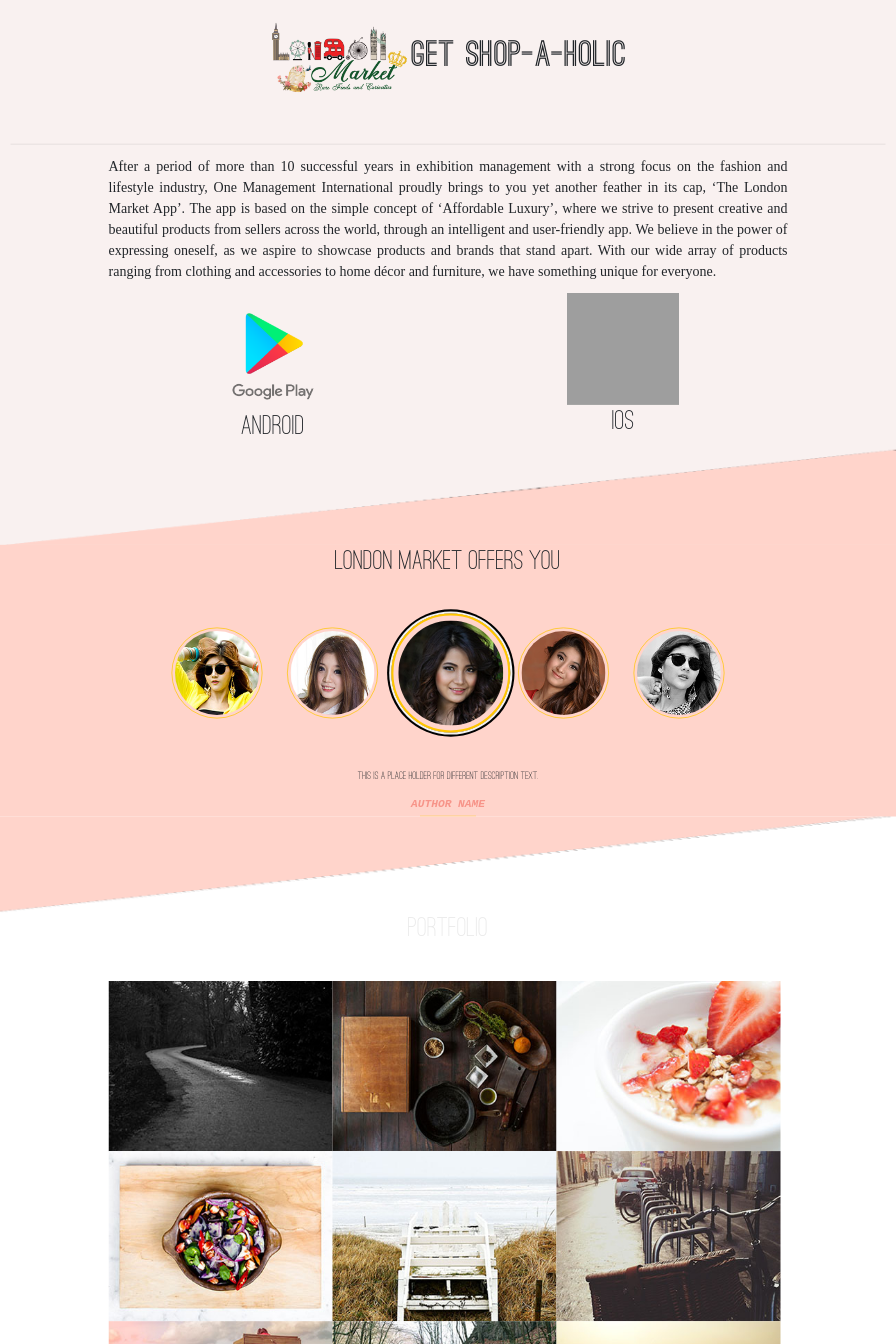
Repository: Demonster1999/newshoperrepo
Page: index.html
The author's editor kept a copy of each file at every save. The page is drawn from the files as they stood at one save, then again after the next save.
The browser window is 1280 px wide. The pictures show the part of the page from y = 719 to 2639 px (the page is 4088 px tall), at 70% of full size.
Pictures or frames that could not be fetched are drawn as grey boxes. Some web libraries are served in a nearby version.

Above is the page before, as saved 2020-07-21 13:46:27.
Console error: TypeError: Cannot read properties of null (reading 'getContext')

### index.html
<!DOCTYPE html>
<head>
	<meta charset="UTF-8">
	<title>London Market</title>
	<meta name="keywords" content="" />
	<meta name="description" content="" />
    <meta name="viewport" content="width=device-width, initial-scale=1.0">
    <!--
    	Roller Template
		http://www.london-market.com/preview/london-market_424_roller
	-->
	<link rel="stylesheet" href="https://fonts.googleapis.com/css2?family=Great+Vibes">
	<link href="http://fonts.googleapis.com/css?family=Open+Sans:300,400,700" rel="stylesheet" type="text/css">
	<!-- <link href="css/font-awesome.min.css" rel="stylesheet">FontAwesome Icons -->
	<link rel="stylesheet" href="https://cdnjs.cloudflare.com/ajax/libs/font-awesome/5.14.0/css/all.min.css"
		integrity="sha512-1PKOgIY59xJ8Co8+NE6FZ+LOAZKjy+KY8iq0G4B3CyeY6wYHN3yt9PW0XpSriVlkMXe40PTKnXrLnZ9+fkDaog=="
		crossorigin="anonymous" />
	<link rel="stylesheet" href="https://maxcdn.bootstrapcdn.com/bootstrap/4.0.0/css/bootstrap.min.css" integrity="sha384-Gn5384xqQ1aoWXA+058RXPxPg6fy4IWvTNh0E263XmFcJlSAwiGgFAW/dAiS6JXm" crossorigin="anonymous">
	<link rel="stylesheet" href="fonts/ostrich-sans.css">
	<link href="css/LondonMarket.css" rel="stylesheet" type="text/css">
	<link rel="stylesheet" href="css/into-to-app.css">
	<link rel="stylesheet" href="css/navbar.css">
	<link rel="stylesheet" href="css/carousel.css">

</head>
<body>
	<nav class="navbar custom-nav sticky-top p-0 m-0 ">
		<a class="navbar-brand mx-auto text-white" style="font-family: Great Vibes; font-size: 40px;" href="#">London Market</a>

	  </nav>

	<nav class="navbar third-nav navbar-expand-lg navbar-light bg-light">
		<div class="container">
			<button class="navbar-toggler navbar-toggler-icon" type="button" data-toggle="collapse" data-target="#navbarSupportedChontent"
			aria-controls="navbarSupportedContent" aria-expanded="false" aria-label="Toggle navigation">
			<span class=""></span>
		</button>


		<div class="collapse navbar-collapse" id="navbarSupportedContent">
			<ul class="navbar-nav  mr-auto text-center">

				<li class="nav-item">
					<a class=" " href="#">Register</a>
				</li>
				<li class="nav-item ">
					<a class="" href="#">login</a>
				</li>


		</div>
		<div class="  mr-auto ">
			<!-- social icons  -->
			<button class="fab fa-facebook-f"></button>
			<button class="fab fa-twitter"></button>
			<button class="fab fa-linkedin-in"></button>
			<button class="fab fa-instagram"></button>
			<button class="fab fa-youtube"></button>
		</div>
		</div>

	</nav>


	<!-- nav with dots  -->
	<nav class="nav">
        <ul>
            <li class="dot1 active" id="ec1" data-toggle="tooltip" data-placement="left" title="Tooltip on left"></li>
            <li class="dot2" id="ec2" data-toggle="tooltip" data-placement="left" title="Tooltip on left"></li>
            <li class="dot3" id="ec3"  data-toggle="tooltip" data-placement="left" title="Tooltip on left"></li>
			<li class="dot4" id="ec4"  data-toggle="tooltip" data-placement="left" title="Tooltip on left"></li>
			<li class="dot5" id="ec5"  data-toggle="tooltip" data-placement="left" title="Tooltip on left"></li>
			<li class="dot5" id="ec5"  data-toggle="tooltip" data-placement="left" title="Tooltip on left"></li>
        </ul>
    </nav>

		<section class="" id="home">
			<div id="demo" class="carousel slide" data-ride="carousel">
				<ul class="carousel-indicators">
					<li data-target="#demo" data-slide-to="0" class="active"></li>
					<li data-target="#demo" data-slide-to="1"></li>
					<li data-target="#demo" data-slide-to="2"></li>
					<!-- <li data-target="#demo" data-slide-to="3"></li> -->
				</ul>
				<div class="carousel-inner">
					<div class="carousel-item active">
						<img src="images/carousel/carousel1.jpg" alt="Los Angeles"   >
						<div class="carousel-caption">
							<h3>Los Angeles</h3>
							<p>We had such a great time in LA!</p>
						</div>
					</div>
					<div class="carousel-item">
						<img src="images/carousel/carousel4.jpg" alt="Chicago"  >
						<div class="carousel-caption">
							<h3>Chicago</h3>
							<p>Thank you, Chicago!</p>
						</div>
					</div>
					<div class="carousel-item">
						<img src="images/carousel/cp11.jpg" alt="Chicago" >
						<div class="carousel-caption">
							<h3>Chicago</h3>
							<p>Thank you, Chicago!</p>
						</div>
					</div>
					<!-- <div class="carousel-item">
						<img src="images/images/lmimages/Adobe_20200716_143015.png" alt="Chicago">
						<div class="carousel-caption">
							<h3>Chicago</h3>
							<p>Thank you, Chicago!</p>
						</div>
					</div> -->
					<!-- <div class="carousel-item">
						<img src="images/carousel/carousel3.jpg" alt="New York" class=" w-100" style="height: 300px; max-height: 500px;">
						<div class="carousel-caption">
							<h3>New York</h3>
							<p>We love the Big Apple!</p>
						</div>
					</div> -->
				</div>
				<a class="carousel-control-prev" href="#demo" data-slide="prev">
					<span class="carousel-control-prev-icon"></span>
				</a>
				<a class="carousel-control-next" href="#demo" data-slide="next">
					<span class="carousel-control-next-icon"></span>
				</a>
			</div>
		</section>

<section class=" intro-to-app container-fluid">
	<img src="images/tm-border-black-top.png" class="w-100 img-top" alt="">
	<div class="container-fluid text-center ">

		<img src="images/images/lmimages/lm.png" class="p-0 m-0" width=200px height="200px" alt="" >
		<h1 class="mx-auto  "> Get Shop-a-holic</h1>

		<hr>


		<div class="container ">
			<p class="lead text-justify">After a period of more than 10 successful years in exhibition management with a strong focus on the fashion and
			lifestyle industry, One Management International proudly brings to you yet another feather in its cap, ‘The London
			Market App’.
			The app is based on the simple concept of ‘Affordable Luxury’, where we strive to present creative and beautiful
			products from sellers across the world, through an intelligent and user-friendly app. We believe in the power of
			expressing oneself, as we aspire to showcase products and brands that stand apart. With our wide array of products
			ranging from clothing and accessories to home décor and furniture, we have something unique for everyone.
</p>
               <div class="row">
<div class="col-md-6 p-2 text-center">
	<a href="https://play.google.com/store/apps/details?id=com.prpwebs.londonmarket" class="h1"> <img src="images/logos/play store.png" class=" " width="160px" height="160px" alt="play">
		<center> Android</center>
	</a>
</div>
<div class="col-md-6 text-center">
	<a href="" class="h1"> <img src="images/logos/hiclipart.com.png" class=" " width="160px" height="160px" alt="app">
		<center>ios</center>
	</a>

</div>
			   </div>

		</div>
	</div>
	<img src="images/tm-border-black-bottom.png" class="w-100 imgbottom" alt="">
</section>

<section class="tm-dark-bg tm-section" id="portfolio">
			<div class="container">

<h1 class="text-uppercase text-center">London Market offers You </h1>
<div class="text-center margin-top-50 tm-testimonial-images-container">
	<div class="img-container col-md-2">
		<div class="tm-img-circle-border absolute-center"
			>
			<img src="images/testimonials/1.jpg" alt="Testimonial 1" class="img-circle tm-img-testimonial">
		</div>
	</div>
	<div class="img-container col-md-2">
		<div class="tm-img-circle-border absolute-center"
			data-comment="Morbi posuere metus quam, vitae tempus nulla vehicula eu. Etiam vitae nunc faucibus, iaculis tellus eu, molestie turpis. Nam quis consequat leo. Nulla ac erat in libero porta commodo. Phasellus fringilla pharetra ullamcorper."
			data-author="Alicia Nulla Act" id="author2">
			<img src="images/testimonials/2.jpg" alt="Testimonial 2" class="img-circle tm-img-testimonial">
		</div>
	</div>
	<div class="img-container col-md-2">
		<div class="tm-img-circle-border absolute-center active"
			data-comment="Suspendisse a maximus sem. Pellentesque consequat finibus metus a varius. Morbi placerat suscipit mi, in tincidunt ligula lobortis porttitor. Mauris mollis, ex sit amet sagittis elementum, tellus quam vestibulum ex, vitae cursus massa tortor et tortor."
			data-author="Dacilisis Luctus" id="author3">
			<img src="images/testimonials/3.jpg" alt="Testimonial 3" class="img-circle tm-img-testimonial">
		</div>

	</div>
	<div class="img-container col-md-2">
		<div class="tm-img-circle-border absolute-center"
			data-comment="Donec laoreet nisl vel nisi posuere tempus quis at tortor. Curabitur egestas elementum est sit amet gravida. Quisque maximus diam eu turpis malesuada, in interdum massa efficitur. Vestibulum blandit pellentesque ipsum a fermentum. Duis id rutrum leo."
			data-author="Jessica Nisi Vel" id="author4">
			<img src="images/testimonials/4.jpg" alt="Testimonial 4" class="img-circle tm-img-testimonial">
		</div>
	</div>
	<div class="img-container col-md-2">
		<div class="tm-img-circle-border absolute-center"
			data-comment="Integer aliquam nibh nulla, id elementum purus tempus quis. Etiam eu massa condimentum, consectetur turpis et, semper diam. Vivamus mauris ipsum, bibendum non tempor nec, ultricies a leo. Fusce eu efficitur diam. Praesent vel mi viverra leo finibus maximus sed in ipsum."
			data-author="Malicia Viva Fusce" id="author5">
			<img src="images/testimonials/5.jpg" alt="Testimonial 5" class="img-circle tm-img-testimonial">
		</div>
	</div>
</div>
<p class="text-center margin-top-50 tm-comment"><em>This is a place holder for different description text.</em></p>
<p class="text-uppercase text-center tm-author tm-orange-text">Author Name</p>
<hr class="tm-author-name-underline">

					</div>
		</section> <!-- portfolio -->
		<section class="tm-section bg-white" id="testimonials" >
			<img src="images/tm-border-black-top.png" alt="Border" class="tm-border">
			<div class="container">
					<div class="row">
						<div class="col-lg-12 col-md-12 col-sm-12 col-xs-12 text-center">
							<h1 class="tm-light-gray-text text-center text-uppercase">Portfolio</h1>
							<div class="tm-portfolio-images-container margin-top-50">
								<div class="tm-image-container">
									<div class="tm-portfolio-image-overlay text-center">
										<div class="absolute-center">
											<a href="#" class="fa fa-search"></a>
											<h2 class="text-uppercase tm-white-text">Lorem</h2>
											<p class="text-uppercase">sagittis</p>
										</div>
									</div>
									<img src="images/portfolio/01.jpg" alt="Portfolio 1">
								</div>
								<div class="tm-image-container">
									<div class="tm-portfolio-image-overlay">
										<div class="absolute-center">
											<a href="#" class="fa fa-search"></a>
											<h2 class="text-uppercase tm-white-text">Dimperdiet</h2>
											<p class="text-uppercase">Aliquam</p>
										</div>
									</div>
									<img src="images/portfolio/02.jpg" alt="Portfolio 2">
								</div>
								<div class="tm-image-container">
									<div class="tm-portfolio-image-overlay">
										<div class="absolute-center">
											<a href="#" class="fa fa-search"></a>
											<h2 class="text-uppercase tm-white-text">Pellentesque</h2>
											<p class="text-uppercase">noemer</p>
										</div>
									</div>
									<img src="images/portfolio/03.jpg" alt="Portfolio 3">
								</div>
								<div class="tm-image-container">
									<div class="tm-portfolio-image-overlay">
										<div class="absolute-center">
											<a href="#" class="fa fa-search"></a>
											<h2 class="text-uppercase tm-white-text">Aenean</h2>
											<p class="text-uppercase">pharetra</p>
										</div>
									</div>
									<img src="images/portfolio/04.jpg" alt="Portfolio 4">
								</div>
								<div class="tm-image-container">
									<div class="tm-portfolio-image-overlay">
										<div class="absolute-center">
											<a href="#" class="fa fa-search"></a>
											<h2 class="text-uppercase tm-white-text">condimentum</h2>
											<p class="text-uppercase">libero</p>
										</div>
									</div>
									<img src="images/portfolio/05.jpg" alt="Portfolio 5">
								</div>
								<div class="tm-image-container">
									<div class="tm-portfolio-image-overlay">
										<div class="absolute-center">
											<a href="#" class="fa fa-search"></a>
											<h2 class="text-uppercase tm-white-text">nulla</h2>
											<p class="text-uppercase">consectetur</p>
										</div>
									</div>
									<img src="images/portfolio/06.jpg" alt="Portfolio 6">
								</div>
								<div class="tm-image-container tm-show-hide">
									<div class="tm-portfolio-image-overlay">
										<div class="absolute-center">
											<a href="#" class="fa fa-search"></a>
											<h2 class="text-uppercase tm-white-text">Rondimentum</h2>
											<p class="text-uppercase">Sdui</p>
										</div>
									</div>
									<img src="images/portfolio/07.jpg" alt="Portfolio 7">
								</div>
								<div class="tm-image-container tm-show-hide">
									<div class="tm-portfolio-image-overlay">
										<div class="absolute-center">
											<a href="#" class="fa fa-search"></a>
											<h2 class="text-uppercase tm-white-text">imperdiet</h2>
											<p class="text-uppercase">Raugue</p>
										</div>
									</div>
									<img src="images/portfolio/08.jpg" alt="Portfolio 8">
								</div>
								<div class="tm-image-container tm-show-hide">
									<div class="tm-portfolio-image-overlay">
										<div class="absolute-center">
											<a href="#" class="fa fa-search"></a>
											<h2 class="text-uppercase tm-white-text">blandit</h2>
											<p class="text-uppercase">Aliquam</p>
										</div>
									</div>
									<img src="images/portfolio/09.jpg" alt="Portfolio 9">
								</div>
								<div class="tm-image-container tm-show-hide">
									<div class="tm-portfolio-image-overlay">
										<div class="absolute-center">
											<a href="#" class="fa fa-search"></a>
											<h2 class="text-uppercase tm-white-text">Praesent</h2>
											<p class="text-uppercase">Aliquam</p>
										</div>
									</div>
									<img src="images/portfolio/10.jpg" alt="Portfolio 10">
								</div>
								<div class="tm-image-container tm-show-hide">
									<div class="tm-portfolio-image-overlay">
										<div class="absolute-center">
											<a href="#" class="fa fa-search"></a>
											<h2 class="text-uppercase tm-white-text">Dimperdiet</h2>
											<p class="text-uppercase">Aliquam</p>
										</div>
									</div>
									<img src="images/portfolio/11.jpg" alt="Portfolio 11">
								</div>
								<div class="tm-image-container tm-show-hide">
									<div class="tm-portfolio-image-overlay">
										<div class="absolute-center">
											<a href="#" class="fa fa-search"></a>
											<h2 class="text-uppercase tm-white-text">Dimperdiet</h2>
											<p class="text-uppercase">Aliquam</p>
										</div>
									</div>
									<img src="images/portfolio/12.jpg" alt="Portfolio 12">
								</div>
							</div>
							<a href="javascript:;" class="tm-view-more tm-light-gray-text margin-top-50 text-center text-uppercase">View
								More</a>
						</div>
					</div>
			</div>
		</section> <!-- testimonials -->
		<section class="tm-section tm-orange-bg" id="contact" >
			<img src="images/tm-border-white-top.png" alt="Border" class="tm-border">
			<div class="container">
				<h1 class="text-uppercase text-center">Contact Us</h1>
				<p class="text-center margin-top-50">Phasellus sed rutrum quam. Aenean mollis nec metus quis fringilla. Aliquam interdum risus quis sem rhoncus, vel iaculis lorem pulvinar. Maecenas in lorem non quam bibendum auctor vel lobortis sem.</p>
				<div class="row margin-top-50">
					<div class="col-lg-6 col-md-6 col-sm-6 col-xs-12">
						<div id="map-canvas"></div>
					</div>
					<div class="col-lg-6 col-md-6 col-sm-6 col-xs-12">
						<form action="#" method="post" class="tm-contact-form">
							<div class="form-group">
								<input type="text" id="contact_name" class="form-control" placeholder="NAME..." />
							</div>
							<div class="form-group">
								<input type="text" id="contact_email" class="form-control" placeholder="EMAIL..." />
							</div>
							<div class="form-group">
								<input type="text" id="contact_subject" class="form-control" placeholder="SUBJECT..." />
							</div>
							<div class="form-group">
								<textarea id="contact_message" class="form-control" rows="8" placeholder="WRITE A MESSAGE..."></textarea>
							</div>
							<button type="submit" class="btn text-uppercase tm-dark-bg tm-orange-text tm-send-btn">Send</button>
						</form>
					</div>
				</div>
			</div>
			<img src="images/tm-border-black-bottom.png" alt="Border" class="tm-border">
		</section> <!-- contact -->


	<footer class="text-right tm-dark-bg">
		<p class="text-uppercase container small">Copyright &copy; 2084 <a href="#">Company Name</a></p>
	</footer>
	<script src="js/jquery-1.11.1.min.js" ></script>
	<!-- <script src="https://code.jquery.com/jquery-3.5.1.min.js"
		integrity="sha256-9/aliU8dGd2tb6OSsuzixeV4y/faTqgFtohetphbbj0=" crossorigin="anonymous"></script> -->
		<script src="https://cdnjs.cloudflare.com/ajax/libs/font-awesome/5.14.0/js/all.min.js"
			integrity="sha512-YSdqvJoZr83hj76AIVdOcvLWYMWzy6sJyIMic2aQz5kh2bPTd9dzY3NtdeEAzPp/PhgZqr4aJObB3ym/vsItMg=="
			crossorigin="anonymous"></script>
<script src="https://cdnjs.cloudflare.com/ajax/libs/popper.js/1.12.9/umd/popper.min.js" integrity="sha384-ApNbgh9B+Y1QKtv3Rn7W3mgPxhU9K/ScQsAP7hUibX39j7fakFPskvXusvfa0b4Q" crossorigin="anonymous"></script>
<script src="https://maxcdn.bootstrapcdn.com/bootstrap/4.0.0/js/bootstrap.min.js" integrity="sha384-JZR6Spejh4U02d8jOt6vLEHfe/JQGiRRSQQxSfFWpi1MquVdAyjUar5+76PVCmYl" crossorigin="anonymous"></script>
	<script src="js/LondonMarket.js"></script>
	<script src="js/scrollnav.js"></script>
</body>
</html>

### css/into-to-app.css
.intro-to-app{

    padding: 0;
    background-color:#F9F1F0;

}
.intro-to-app img{
    display: inline;
}
.intro-to-app h1{
    font-family: ostrich sans ;
    font-weight: bold;
    display: inline;
    font-size: 50px;

}
.intro-to-app p{
    font-family: hevletica;

}
.imgbottom{
    width: 200%;
    margin: 0;

    position: relative;

}

.img-top{
    margin: 0;
    position: relative;



}

### css/navbar.css
.custom-nav {
    background-color: #e2725b;

}
.custom-nav {
    color: #fff;
    font-size: 25px;

}

/* thirdnav  */
.third-nav a{
    color: black;
    font-family: 'Lucida Sans', 'Lucida Sans Regular', 'Lucida Grande', 'Lucida Sans Unicode', Geneva, Verdana, sans-serif;
    font-weight: bold;
    color: #e2725b;
}
.third-nav ul li{
    margin-left: 10%;
    margin-right: 10%;
}
.third-nav .fa-facebook-f,.fa-twitter,.fa-linkedin-in,.fa-instagram,.fa-youtube{
 margin-left: 5px;
  margin-right: 5px;
    color:#e2725b;

}

/* thirdnav end  */

.nav {
    position: fixed;
    top: 45%;
    bottom: 30%;
    right: 0;
	width: 60px;
	z-index: 50;
}

.nav ul {
	list-style: none;
}


.nav li {
    width: 10px;
	height: 10px;
	margin: 10px;
    border-radius: 100%;
    background-color: rosybrown;
    cursor: pointer;
    transition: .5s;
}

.dot1 {
    background-color: rgb(82, 43, 43);
}

.dot2 {
    background-color: rgb(24, 73, 44);
}

.dot3 {
    background-color: rgb(73, 58, 204);
}

.dot4 {
    background-color: rgb(58, 70, 31);
}

.active {
    box-shadow: 0 0 0 3px #fffffff1, 0 0 0 6px #000;
}

### css/carousel.css
#home .carousel-inner img {
    min-width: 100%;
    min-height: 320px;
    max-height: 500px;
    max-resolution: 0;
  }


  #home .carousel-inner .carousel-caption{
    position: absolute;
    font-size: 30px;
    background-color: rgba(0,0, 0, 0.3);
    width: 100%;
    margin: 0;
    left: 0;
    right: 0;
    height: 100%;
    top: 5px;

  }

    #home .carousel-inner .carousel-caption h3{
      position: relative;
      top: 40%;
      font-family:fantasy;

      font-size: 40px;
    }
    #home .carousel-inner .carousel-caption p{
      position: relative;
      top: 42%;
      font-family: Cambria, Cochin, Georgia, Times, 'Times New Roman', serif;

    }
    .carousel-control-prev,.carousel-control-next{
      z-index: 50;
    }

Loaded but not shown: fonts/ostrich-sans.css (common file); js/jquery-1.11.1.min.js (library); js/LondonMarket.js (359 lines, source omitted); js/scrollnav.js (48 lines, source omitted); css/LondonMarket.css (433 lines, source omitted)

After the next save:
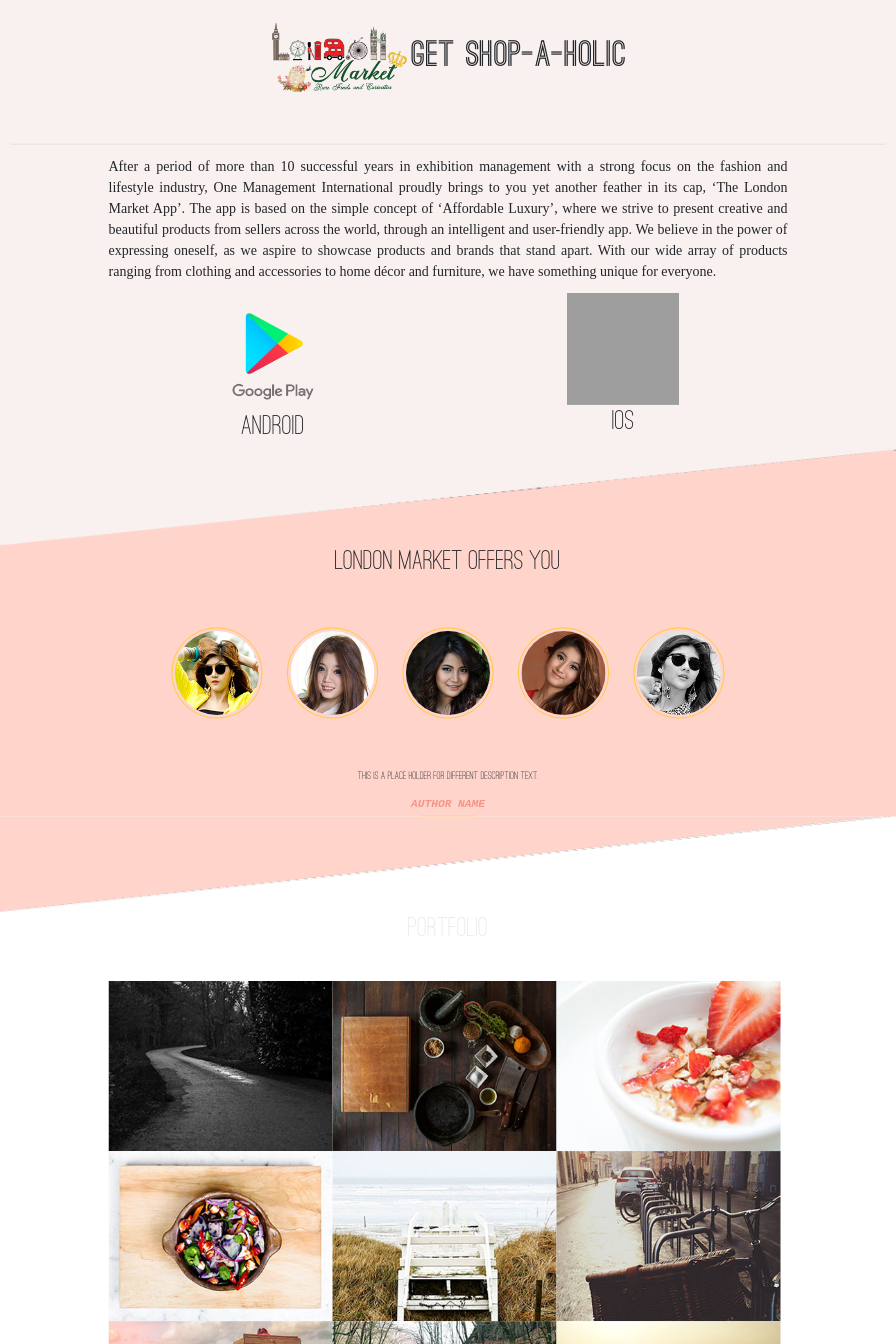
Saved 28 s later.
--- a/index.html
+++ b/index.html
@@ -185,7 +185,7 @@
 		</div>
 	</div>
 	<div class="img-container col-md-2">
-		<div class="tm-img-circle-border absolute-center active"
+		<div class="tm-img-circle-border absolute-center "
 			data-comment="Suspendisse a maximus sem. Pellentesque consequat finibus metus a varius. Morbi placerat suscipit mi, in tincidunt ligula lobortis porttitor. Mauris mollis, ex sit amet sagittis elementum, tellus quam vestibulum ex, vitae cursus massa tortor et tortor."
 			data-author="Dacilisis Luctus" id="author3">
 			<img src="images/testimonials/3.jpg" alt="Testimonial 3" class="img-circle tm-img-testimonial">
